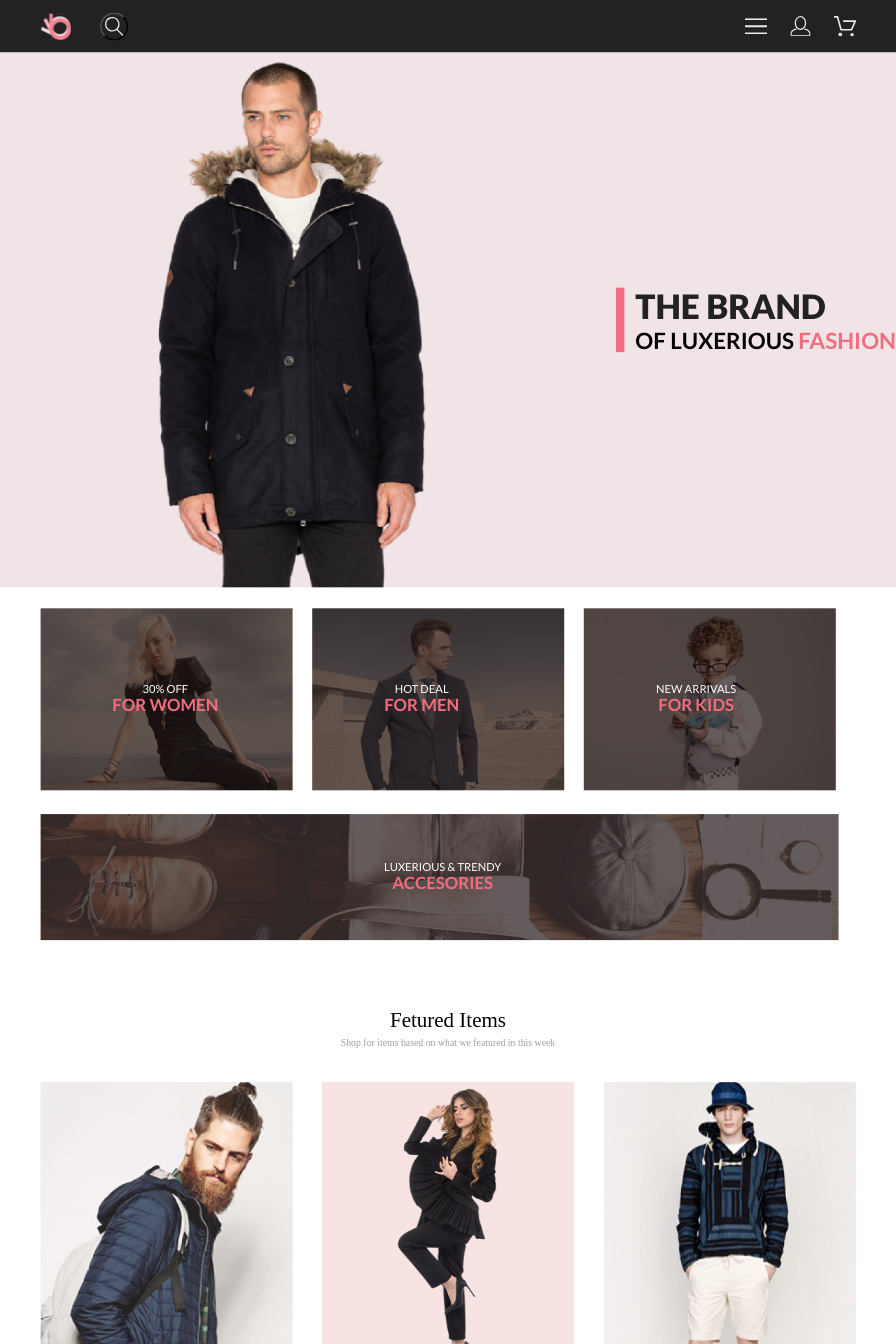
Repository: shtepaa/work-show-linkid
Page: les01/index.html
The author's editor kept a copy of each file at every save. The page is drawn from the files as they stood at one save, then again after the next save.
The browser window is 1280 px wide. The pictures show the part of the page from y = 0 to 1920 px (the page is 3886 px tall), at 70% of full size.

Above is the page before, as saved 2022-02-15 12:04:01.

After the next save:
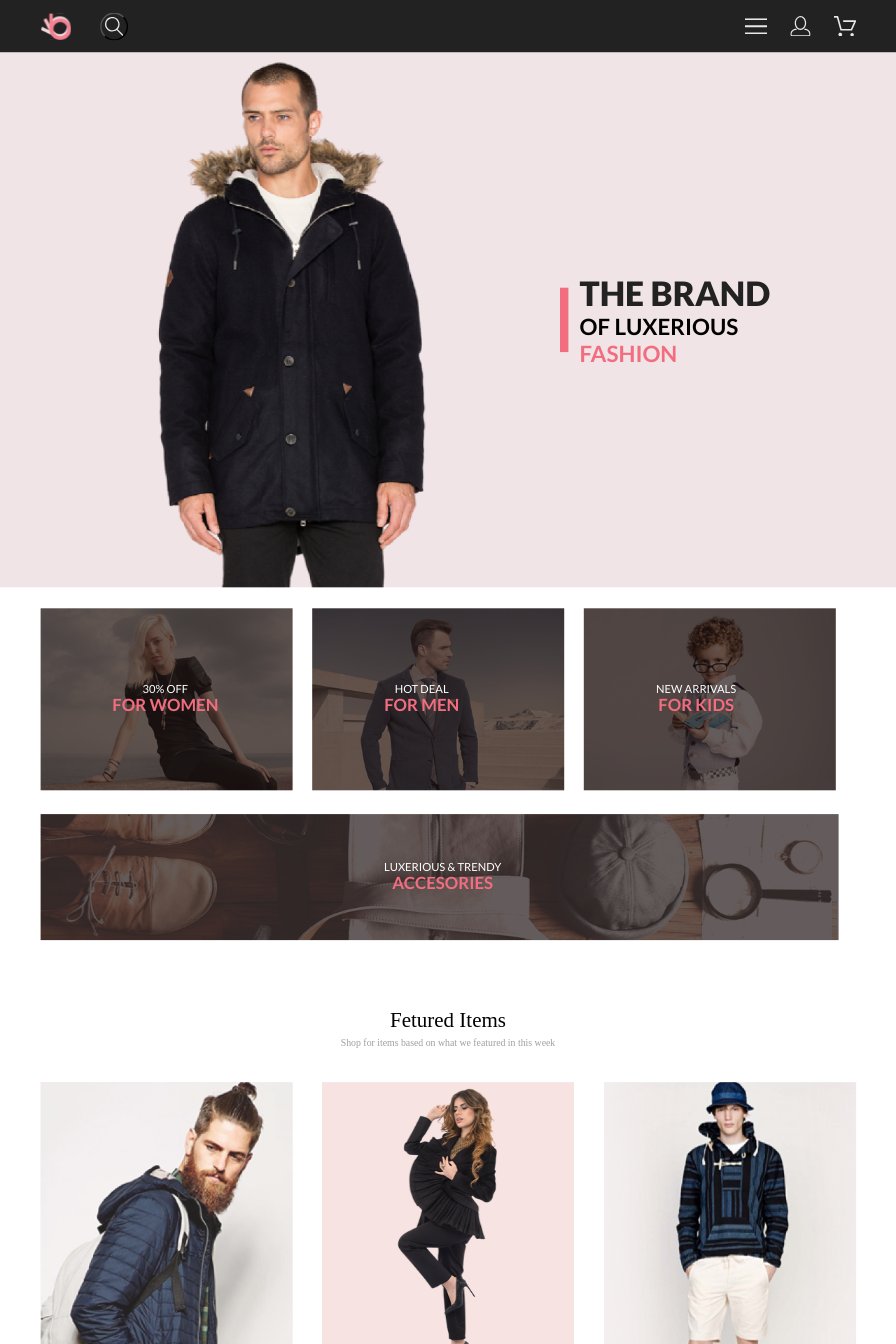
Saved 7 s later.
--- a/les01/style.css
+++ b/les01/style.css
@@ -71,7 +71,7 @@ h2 {
   display: flex;
   flex-direction: row;
   justify-content: space-between;
-  /* width: 1200px; */
+  width: 1200px;
   /* margin: 0 auto; */
 }
 
